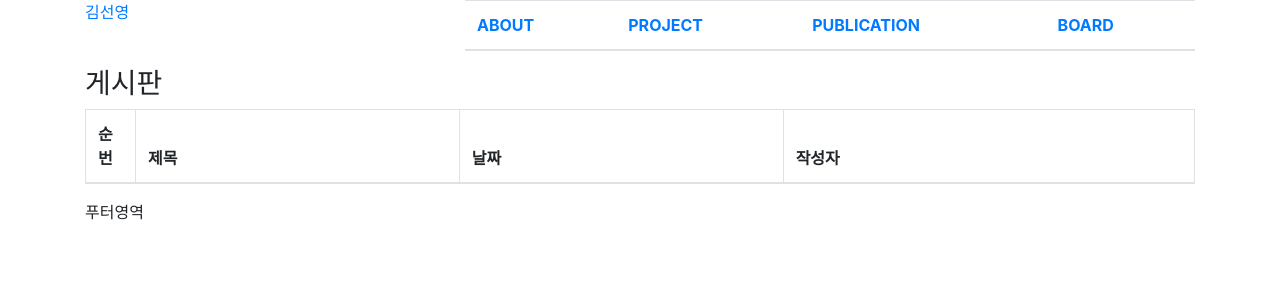
Repository: supremest35/web-projects
Page: http://localhost/noticeboard/board/list.jsp
These files come from the project's save history. The page is drawn as it stood at one moment and after the next save; the edit follows.
The browser window is 1280 px wide. The pictures show the whole page.
The page is served by Tomcat 9.

Above is the page before, as saved 2020-12-06 03:39:28.

After the next save:
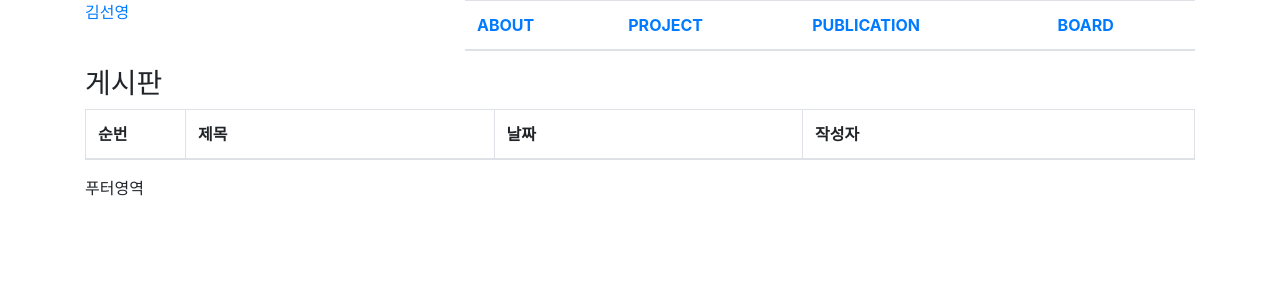
Saved 6 s later.
--- a/noticeboard/WebContent/board/list.jsp
+++ b/noticeboard/WebContent/board/list.jsp
@@ -35,7 +35,7 @@
 			<table class="table table-bordered">
 				<thead>
 					<tr>
-						<th style="width:50px;">순번</th>
+						<th style="width:100px;">순번</th>
 						<th>제목</th>
 						<th>날짜</th>
 						<th>작성자</th>
